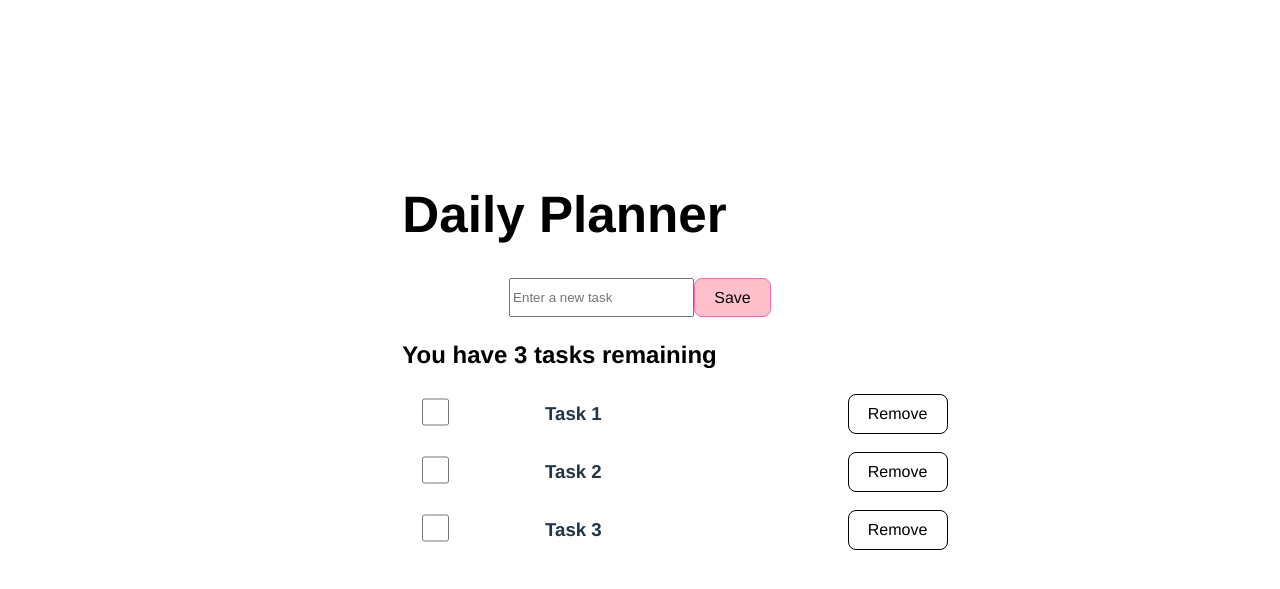
Repository: MonicaNguyenH/Frontend_Assignment6
Page: / (app in react/)
An editor plug-in stored every save of this project. The page is shown before and after the next save, followed by the edit.
The browser window is 1280 px wide. The pictures show the whole page.
The project was rebuilt for these pictures with package versions that can differ from the ones it lists, and the page was loaded fresh each time. Also part of the build but not shown: react/vite.config.js.

Above is the page before, as saved 2024-10-11 14:20:05.

### react/src/App.jsx
import { useState } from 'react';
import './App.css';
import Task from './components/Task';
import TaskForm from './components/TaskForm';

function App() {
  const [tasks, setTasks] = useState([
    { id: 0, name: "Task 1", completed: false },
    { id: 1, name: "Task 2", completed: false },
    { id: 2, name: "Task 3", completed: false }
  ]);

  const addTask = (task) => {
    setTasks([...tasks, { id: tasks.length, name: task, completed: false }]); // Adds task incomplete by default
  };

  const toggleComplete = (taskId) => {
    setTasks(tasks.map(task =>
      task.id === taskId ? { ...task, completed: !task.completed } : task
    ));
  };

  const removeTask = (taskId) => {
    setTasks(tasks.filter(task => task.id !== taskId));
  };

  const remainingTask = tasks.filter(task => !task.completed).length;

  return (
    <>
      <div className="main">
        <h1 className="header">Daily Planner</h1>
        <div>
          <TaskForm addTask={addTask} />
          <h2 className="counting">
            You have {remainingTask} task{remainingTask !== 1 ? 's' : ''} remaining
          </h2>
          {tasks.map((task) => (
            <Task
              key={task.id}
              task={task}
              toggleComplete={() => toggleComplete(task.id)}
              removeTask={() => removeTask(task.id)}
            />
          ))}
        </div>
      </div>
    </>
  );
}

export default App;



// export default App

// // import { useState } from 'react'
// import { useState } from 'react';
// import './App.css'
// import Task from './components/Task'
// import TaskForm from './components/TaskForm';

// function App() {
//   const [task, setTask] = useState([
//     { id: 1, name: "Task 1", completed: false },
//     { id: 2, name: "Task 2", completed: false },
//     { id: 3, name: "Task 3", completed: false }
//   ]);

//   const addTask = (newTask) => {
//     setTask([...task, {...newTask, completed: false}]); // add task incompleted by default
//   };

//   const toggleComplete = (taskId) => {
//     const updatedTasks = task.map(task =>
//       task.id === taskId ? { ...task, completed: !task.completed } : task // toggle task completed status
//     );
//     setTask(updatedTasks); // update the state with the new task list
//   };

//   const removeTask = (taskId) => {
//     const updatedTasks = task.filter(task => task.id !== taskId);
//     setTask(updatedTasks); // update the state without the removed task
//   };

//   // count remaining task
//   const remainingTask = task.filter(task => !task.completed).length;

//   return (
//     <>
//       <div className="main">
//         <h1 className="header">Daily Planner</h1>
//         <div>
//           <TaskForm addTask={addTask} /> {/* Pass addTask to TaskForm */}
//           <h2 className="counting">You have {remainingTask} task{remainingTask !== 1 ? 's' : ''} remaining</h2> {/* count remaining (more than 1 have 's') */}
//           {task.map((task) => (
//             <Task
//               key={task.id}
//               name={task.name}
//               completed={task.completed}
//               toggleComplete={() => toggleComplete(task.id)}
//               removeTask={() => removeTask(task.id)}
//             />
//           ))}
//         </div>
//       </div>
//     </>
//   )
// }

// export default App

### react/src/App.css
#root {
  max-width: 1280px;
  margin: 0 auto;
  padding: 2rem;
  text-align: center;

  font-family: Helvetica, sans-serif;
}

.main {

}

.header {
  color: black;
  text-align: left;
}

.counting {
  color: black;
  text-align: left;
}

/* TaskForm  */
.formContainer {
  width: 100%;
  display: flex;
  flex-direction: row;
  justify-content: center;
}

.btn-save {
  background-color: pink;
  border-radius: 15;
  border: 1px solid hotpink;
}

.btn-save:hover {
  background-color: hotpink;
  border: 1px solid pink;
}


.task {
  display: flex;
  flex-direction: row;
  align-items: center;
  margin: 1em;

  width: 100%;
  min-width: 20em;
}

#checkbox {
  margin-right: 1rem;
  width: 2em;
  height: 2rem;
  accent-color: pink;
}

#checkbox:hover {
  accent-color: hotpink;
}

.task-name {
  margin: 0 10rem 0 5rem;
  font-weight: bold;
  font-size: 14pt;
  text-align: left;
  min-width: 30%;
}

.task-delete {
  border: 1px solid black;
  background-color: white;
  border-radius: 15;
  cursor: pointer;
}

.task-delete:hover {
  border: 1px solid pink;
}

### react/src/components/Task.jsx
import { useState } from "react";

export default function Task({ task, toggleComplete, removeTask }) {
  return (
    <>
      <div className={`task ${task.completed ? 'completed' : ''}`}>
        <label>
          <input
            id="checkbox"
            type="checkbox"
            checked={task.completed}
            onChange={toggleComplete}
          />
        </label>
        <span className="task-name" style={{ textDecoration: task.completed ? 'line-through' : 'none' }}>{task.name}</span>
        <button className="task-delete" onClick={removeTask}>Remove</button>
      </div>
    </>
  );
}


// import { useState } from "react";

// export default function Task({ name }) {
//   // State for checkbox status (checked/unchecked)
//   const [isChecked, setIsChecked] = useState(false);
//   const [visible, setVisible] = useState(true);

//   // Handle checkbox toggle
//   const toggleCheckbox = () => {
//     setIsChecked(!isChecked);
//     onToggle(!isChecked); // Inform the parent about the status
//   };

//   // Remove task when clicking the remove button
//   const removeTask = () => {
//     setVisible(false);
//     onRemove();
//   };

//   // If the task is no longer visible, return null
//   if (!visible) {
//     return null;
//   }

//   return (
//     <>
//       <div className="task">
//         <label>
//           <input
//             type="checkbox"
//             checked={isChecked}
//             onChange={toggleCheckbox}
//           />
//         </label>
//         <p style={{ textDecoration: isChecked ? "line-through" : "none" }}>
//           {name}
//         </p>
//         <button className="task-delete" onClick={removeTask}>
//           Remove
//         </button>
//       </div>
//     </>
//   );
// }

### react/src/components/TaskForm.jsx
import { useState } from "react";
import { nanoid } from 'nanoid';

// const taskTemplate = {
//     name: 'new task'
// };

export default function TaskForm({addTask}) {
    const [taskName, setTaskName] = useState('');

    // form submission
    const handleSubmit = (e) => {
        e.preventDefault(); // the form submission will be handled by JavaScript instead of triggering a page refresh
        if (taskName.trim()) { // checks if the taskName (the text the user entered) is not an empty string after trimming whitespace
            addTask( taskName );
            setTaskName(''); // clear the input field
        }
    }

    return (
        <>
            <form onSubmit={handleSubmit}>
                <div className="formContainer">
                    <input
                        id="task-name"
                        type="text"
                        value={taskName}
                        onChange={(e) => setTaskName(e.target.value)}
                        placeholder="Enter a new task"
                    />
                    <div className="btn-group">
                        <button type="submit" className="btn-save">Save</button>
                    </div>
                </div>
            </form>
        </>
    )
}

// // import { useState } from 'react'
// import { useState } from 'react';
// import './App.css'
// import Task from './components/Task'
// import TaskForm from './components/TaskForm';

// function App() {
//   const [task, setTask] = useState([
//     { id: 1, name: "Task 1", completed: false },
//     { id: 2, name: "Task 2", completed: false },
//     { id: 3, name: "Task 3", completed: false }
//   ]);

//   const addTask = (newTask) => {
//     setTask([...task, {...newTask, completed: false}]); // add task incompleted by default
//   };

//   const toggleComplete = (taskId) => {
//     const updatedTasks = task.map(task =>
//       task.id === taskId ? { ...task, completed: !task.completed } : task // toggle task completed status
//     );
//     setTask(updatedTasks); // update the state with the new task list
//   };

//   const removeTask = (taskId) => {
//     const updatedTasks = task.filter(task => task.id !== taskId);
//     setTask(updatedTasks); // update the state without the removed task
//   };

//   // count remaining task
//   const remainingTask = task.filter(task => !task.completed).length;

//   return (
//     <>
//       <div className="main">
//         <h1 className="header">Daily Planner</h1>
//         <div>
//           <TaskForm addTask={addTask} /> {/* Pass addTask to TaskForm */}
//           <h2 className="counting">You have {remainingTask} task{remainingTask !== 1 ? 's' : ''} remaining</h2> {/* count remaining (more than 1 have 's') */}
//           {task.map((task) => (
//             <Task
//               key={task.id}
//               name={task.name}
//               completed={task.completed}
//               toggleComplete={() => toggleComplete(task.id)}
//               removeTask={() => removeTask(task.id)}
//             />
//           ))}
//         </div>
//       </div>
//     </>
//   )
// }

// export default App

Loaded but not shown: react/index.html (common file); react/src/main.jsx (common file); react/src/index.css (common file)

After the next save:
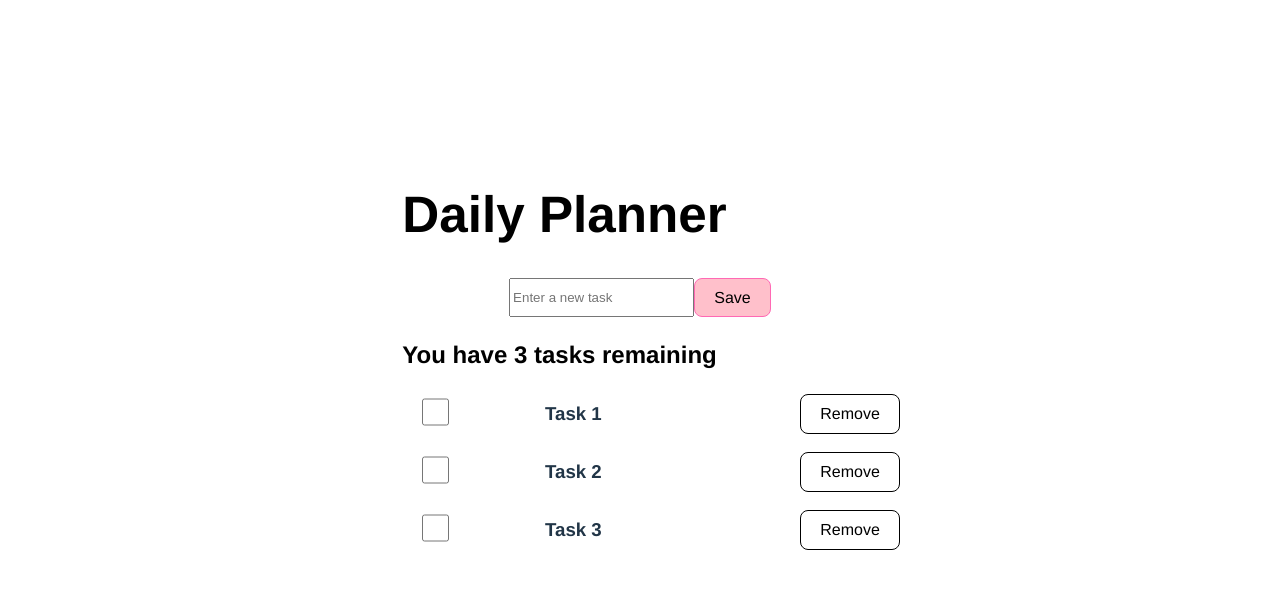
Saved 6 s later.
--- a/react/src/App.css
+++ b/react/src/App.css
@@ -67,7 +67,7 @@
   font-weight: bold;
   font-size: 14pt;
   text-align: left;
-  min-width: 30%;
+  min-width: 20%;
 }
 
 .task-delete {
